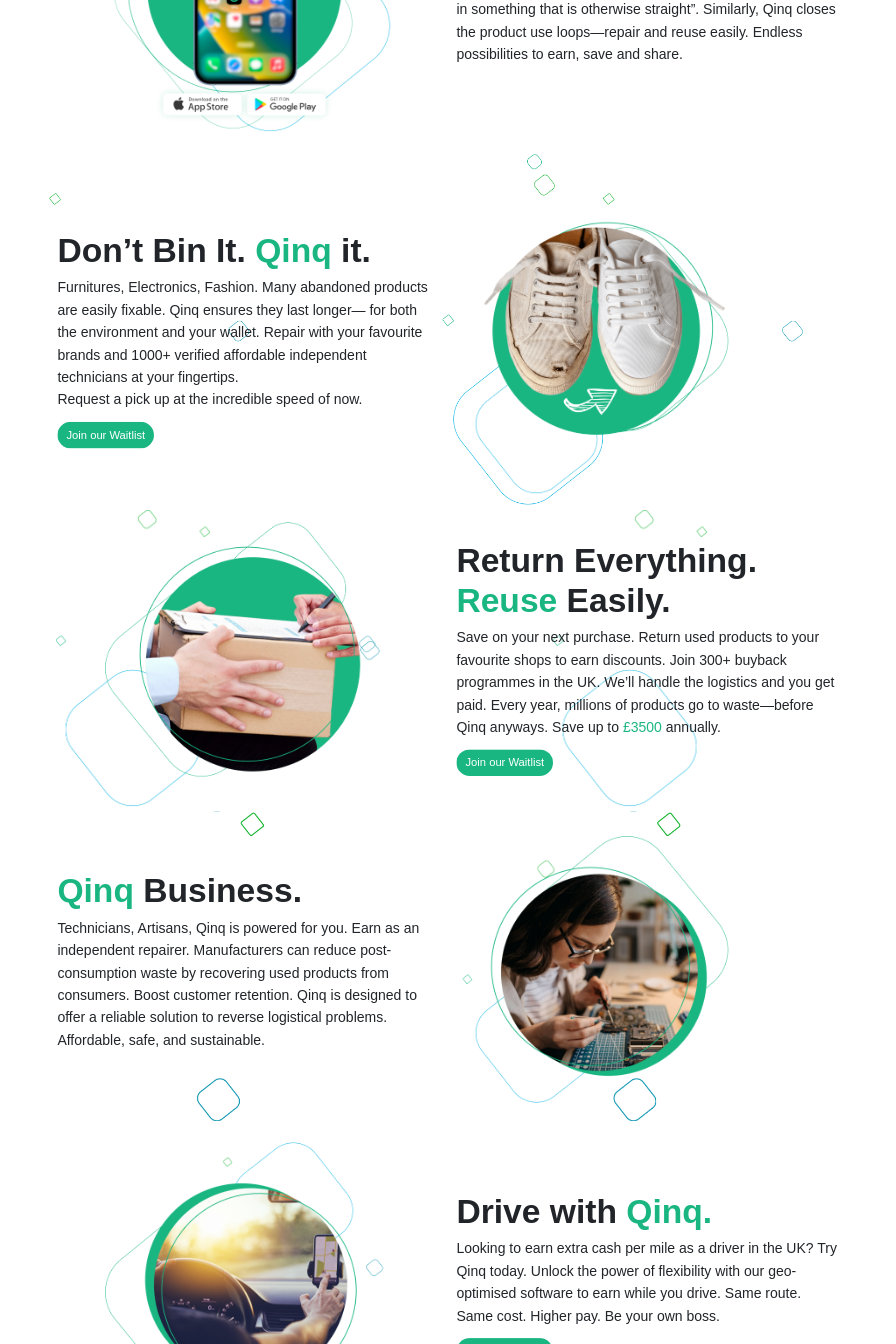
Repository: HelloQinq2023/qinq.github.io
Page: index.html
An editor plug-in stored every save of this project. The page is shown before and after the next save, followed by the edit.
The browser window is 1280 px wide. The pictures show the part of the page from y = 1131 to 3051 px (the page is 3722 px tall before and 4275 px after), at 70% of full size.
Backgrounds fixed to the window are drawn as part of the page. Some web fonts or font styles are not loaded; a fallback is used.

Above is the page before, as saved 2023-03-01 17:46:27.

After the next save:
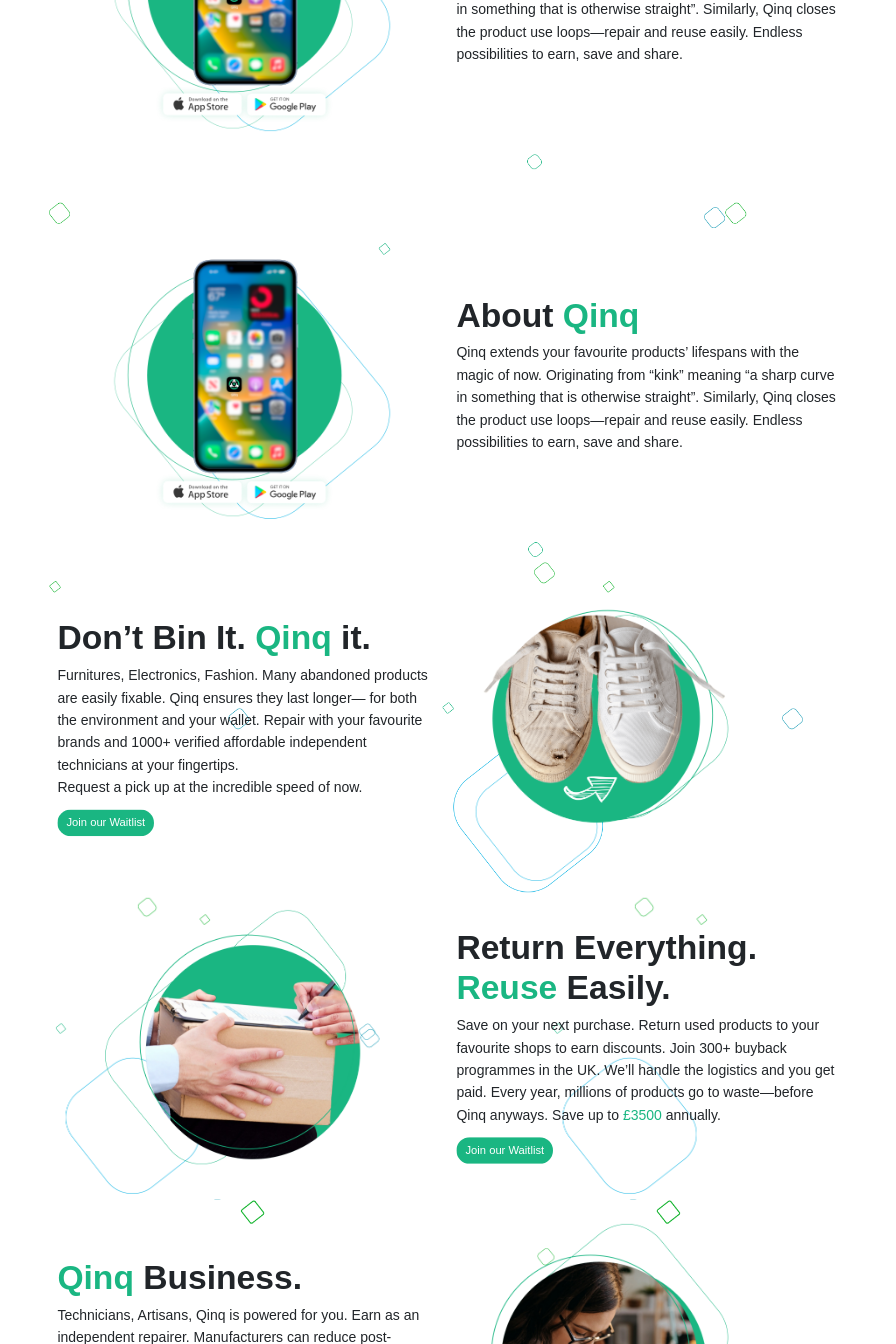
Saved 4 min 53 s later.
--- a/index.html
+++ b/index.html
@@ -109,6 +109,21 @@
             </div>
         </div>
 
+        <div class="container py-5 mt-5" style="background:url('images/about1section.png'); background-size:contain">
+          <div class="row">
+              <div class="col-md-6 d-flex justify-content-center align-items-center">
+                  <img src="images/about1.png" class="w-75 img-fluid img-responsive img">
+              </div>
+              <div class="col-md-6 d-flex justify-content-center align-items-center">
+                  <div>
+                      <h2 class="display-5" style="font-weight:600">About<span class="green"> Qinq</span></h2>
+                      <p>Qinq extends your favourite products’ lifespans with the magic of now.
+                          Originating from “kink” meaning “a sharp curve in something that is otherwise straight”. Similarly, Qinq closes the product use loops—repair and reuse easily. Endless possibilities to earn, save and share.</p>
+                  </div>
+              </div>
+          </div>
+      </div>
+
 
         <div class="container py-3 mt-2" style="background:url('images/about2section.png'); background-size:contain">
             <div class="row">

After the save that followed:
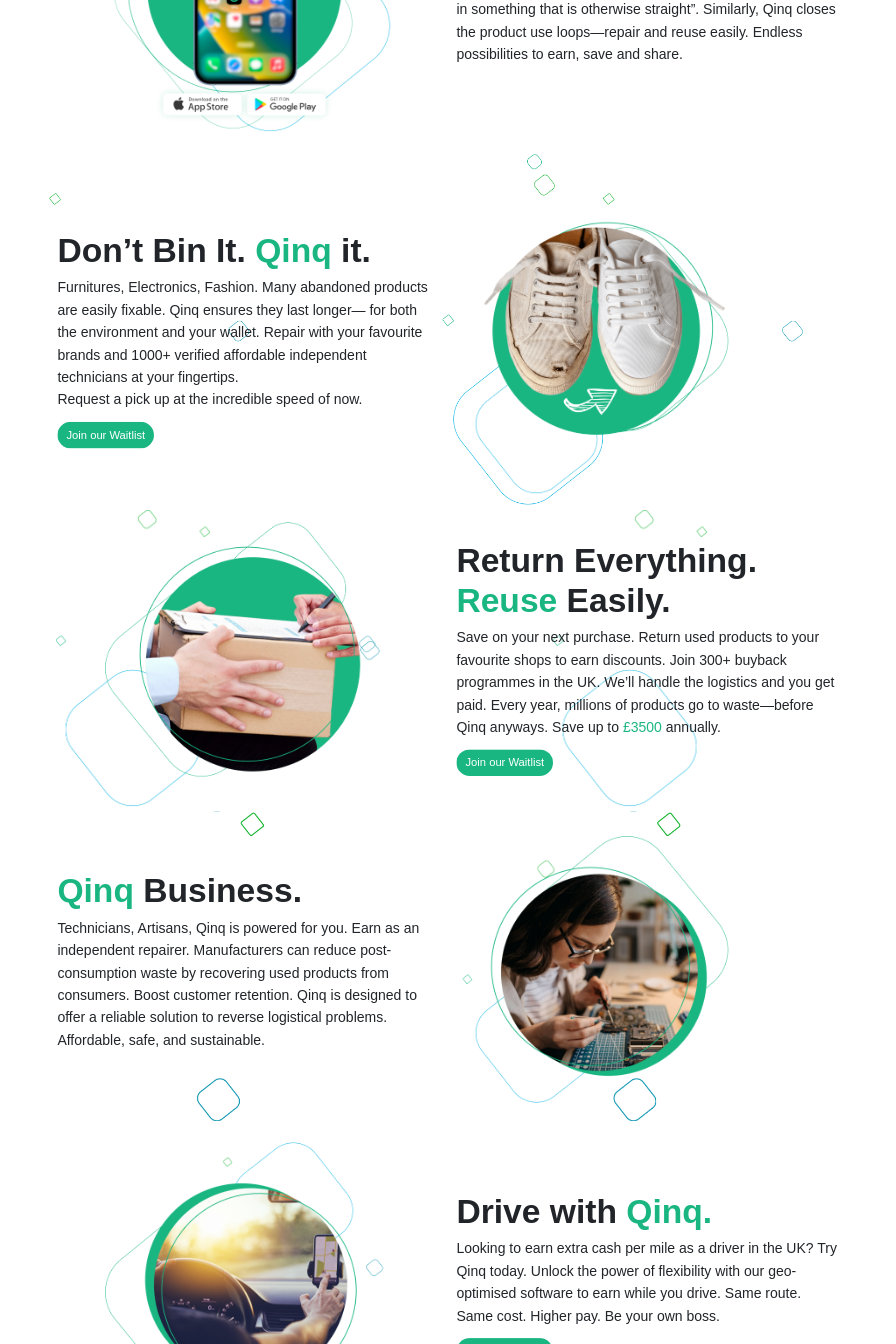
Saved 69 s later.
--- a/index.html
+++ b/index.html
@@ -75,6 +75,9 @@
 
       <div class="container py-3 mt-2" style="background:url('images/about2section.png'); background-size:contain">
           <div class="row">
+            <div class="col-md-6 d-flex justify-content-center align-items-center">
+                <img src="images/about2.png" class="w-75 img-fluid img-responsive img">
+            </div>
               <div class="col-md-6 d-flex justify-content-center align-items-center">
                   <div>
                       <h2 class="display-5" style="font-weight:600">Don’t Bin It. <span class="green">Qinq</span> it.</h2>
@@ -86,9 +89,6 @@
                           <button class="btn greenbg text-white rounded-pill"> Join our Waitlist</button>
                   </div>
               </div>
-              <div class="col-md-6 d-flex justify-content-center align-items-center">
-                  <img src="images/about2.png" class="w-75 img-fluid img-responsive img">
-              </div>
           </div>
 
       </div>
@@ -108,21 +108,6 @@
                 </div>
             </div>
         </div>
-
-        <div class="container py-5 mt-5" style="background:url('images/about1section.png'); background-size:contain">
-          <div class="row">
-              <div class="col-md-6 d-flex justify-content-center align-items-center">
-                  <img src="images/about1.png" class="w-75 img-fluid img-responsive img">
-              </div>
-              <div class="col-md-6 d-flex justify-content-center align-items-center">
-                  <div>
-                      <h2 class="display-5" style="font-weight:600">About<span class="green"> Qinq</span></h2>
-                      <p>Qinq extends your favourite products’ lifespans with the magic of now.
-                          Originating from “kink” meaning “a sharp curve in something that is otherwise straight”. Similarly, Qinq closes the product use loops—repair and reuse easily. Endless possibilities to earn, save and share.</p>
-                  </div>
-              </div>
-          </div>
-      </div>
 
 
         <div class="container py-3 mt-2" style="background:url('images/about2section.png'); background-size:contain">
